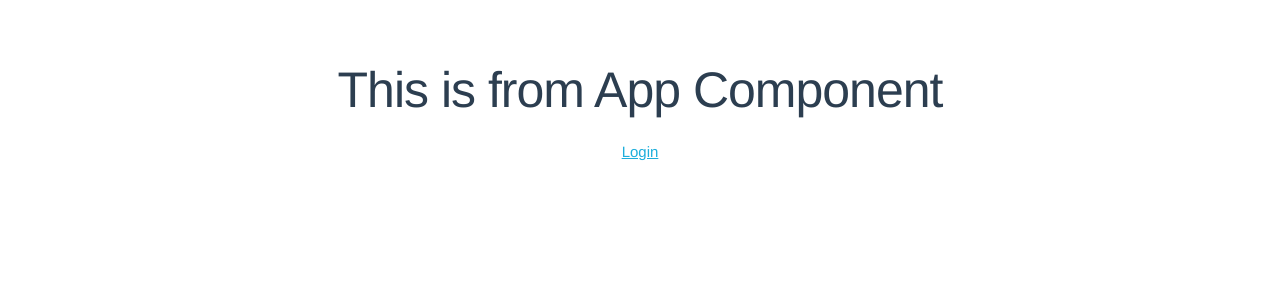
Repository: chsvk/Vue-JS-Course
Page: /
An editor plug-in stored every save of this project. The page is shown before and after the next save, followed by the edit.
The browser window is 1280 px wide. The pictures show the whole page.
The project was rebuilt for these pictures with package versions that can differ from the ones it lists, and the page was loaded fresh each time. Also part of the build but not shown: src/components/Login.vue, src/components/Register.vue.

Above is the page before, as saved 2019-03-18 04:19:03.

After the next save:
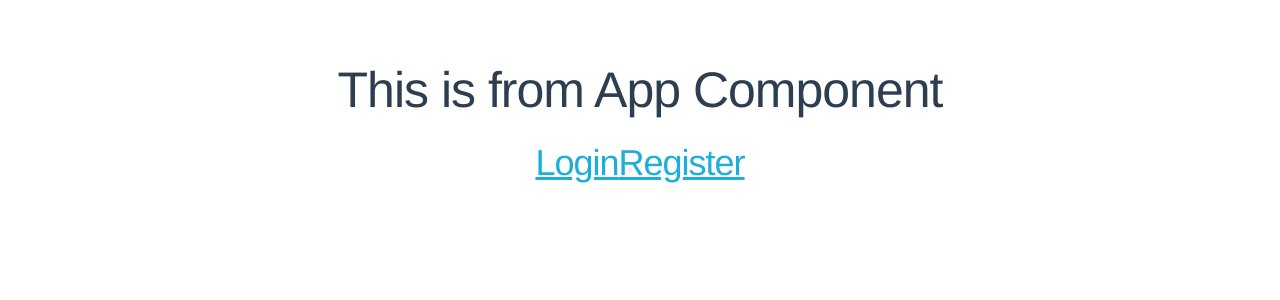
Saved 63 s later.
--- a/src/App.vue
+++ b/src/App.vue
@@ -1,7 +1,9 @@
 <template>
   <div id="app">
     <h1>This is from App Component</h1>
+    <h3>
     <router-link to="login">Login</router-link>
+    <router-link to="register">Register</router-link></h3>
     <router-view/>
   </div>
 </template>
